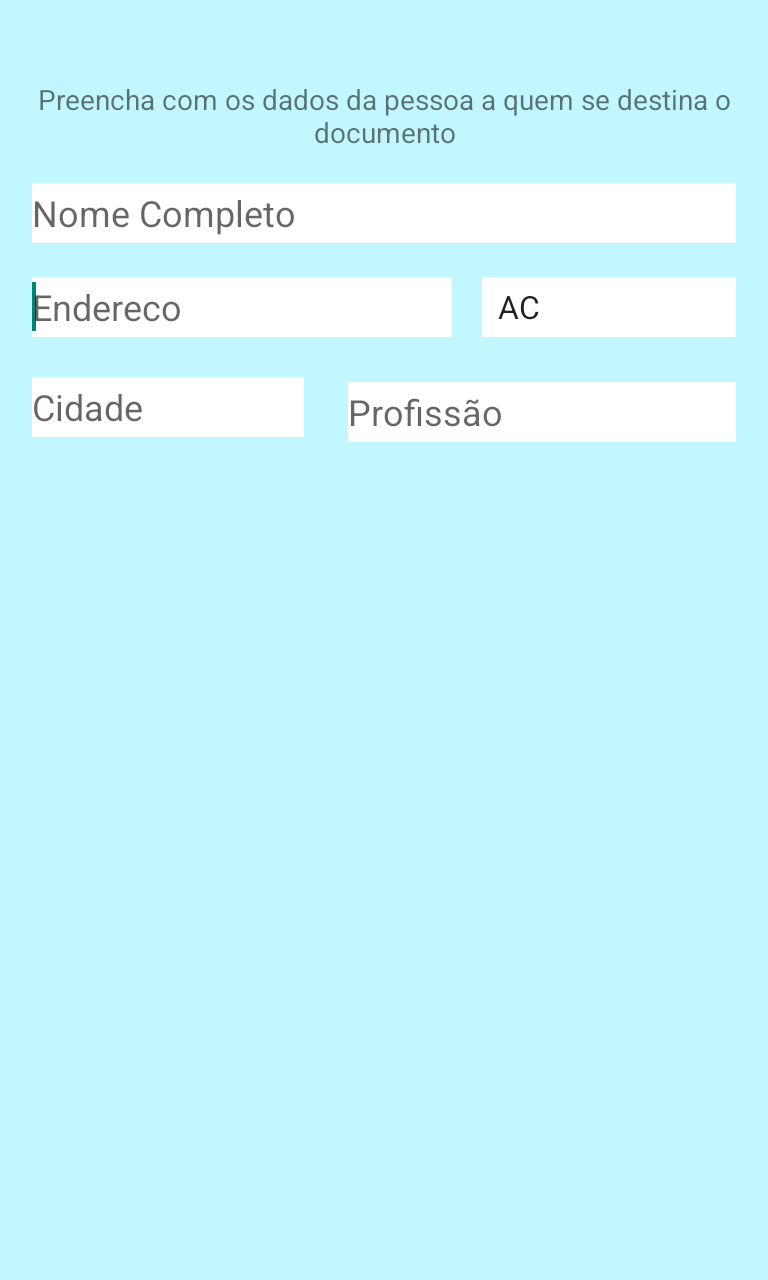
Repository: pdelfino/Projeto-livre
Layout: Protesto Livre/ProtestoLivre/res/layout/fragment_tela05.xml
These files come from the project's save history. The layout is drawn as it stood at one moment and after the next save; the edit follows.
It is drawn on a 768 x 1280 px phone screen (xhdpi) without system bars, with theme AppTheme; the app's code is not run.

Above is the layout before, as saved 2014-05-29 00:46:58.

### Protesto Livre/ProtestoLivre/res/layout/fragment_tela05.xml
<RelativeLayout xmlns:android="http://schemas.android.com/apk/res/android"
    xmlns:tools="http://schemas.android.com/tools"
    android:layout_width="match_parent"
    android:layout_height="match_parent"
    android:background="#C2F7FF"
    android:paddingBottom="@dimen/activity_vertical_margin"
    android:paddingLeft="@dimen/activity_horizontal_margin"
    android:paddingRight="@dimen/activity_horizontal_margin"
    android:paddingTop="@dimen/activity_vertical_margin"
    tools:context="br.sp.protestolivre.Tela05$PlaceholderFragment" >

    <TextView
        android:id="@+id/textView1"
        android:layout_width="wrap_content"
        android:layout_height="wrap_content"
        android:layout_alignParentTop="true"
        android:layout_centerHorizontal="true"
        android:layout_marginTop="24dp"
        android:gravity="center"
        android:text="Preencha com os dados da pessoa a quem se destina o documento" />

    <EditText
        android:id="@+id/Nome"
        android:layout_width="wrap_content"
        android:layout_height="30dp"
        android:layout_alignLeft="@+id/textView1"
        android:layout_alignRight="@+id/textView1"
        android:layout_below="@+id/textView1"
        android:layout_marginTop="16dp"
        android:background="#ffffff"
        android:ems="10"
        android:hint="Nome Completo"
        android:inputType="textPersonName" />

    <EditText
        android:id="@+id/Endereco"
        android:layout_width="wrap_content"
        android:layout_height="30dp"
        android:layout_alignLeft="@+id/Nome"
        android:layout_below="@+id/Nome"
        android:layout_marginTop="17dp"
        android:background="#ffffff"
        android:ems="10"
        android:hint="Endereco" >

        <requestFocus />
    </EditText>

    <Spinner
        android:id="@+id/spinner1"
        android:layout_width="match_parent"
        android:layout_height="30dp"
        android:layout_alignRight="@+id/Nome"
        android:layout_alignTop="@+id/Endereco"
        android:layout_marginLeft="15dp"
        android:layout_toRightOf="@+id/Endereco"
        android:background="#ffffff"
        android:entries="@array/estados"
        android:spinnerMode="dropdown" />

    <EditText
        android:id="@+id/EditText01"
        android:layout_width="wrap_content"
        android:layout_height="30dp"
        android:layout_alignRight="@+id/Endereco"
        android:layout_below="@+id/Endereco"
        android:layout_marginRight="74dp"
        android:layout_marginTop="20dp"
        android:background="#ffffff"
        android:ems="10"
        android:hint="Cidade" />

    <EditText
        android:id="@+id/EditText02"
        android:layout_width="wrap_content"
        android:layout_height="30dp"
        android:layout_alignBaseline="@+id/EditText01"
        android:layout_alignBottom="@+id/EditText01"
        android:layout_alignLeft="@+id/EditText01"
        android:layout_alignParentRight="true"
        android:layout_marginLeft="158dp"
        android:background="#ffffff"
        android:ems="10"
        android:hint="Profissão" />

</RelativeLayout>

### Protesto Livre/ProtestoLivre/res/values/strings.xml
<?xml version="1.0" encoding="utf-8"?>
<resources>

    <string name="app_name">Protesto Livre</string>
    <string name="hello_world">Hello world!</string>
    <string name="action_settings">Settings</string>
    <string name="title_activity_tela04">Tela04</string>
    <string name="title_activity_tela05">Tela05</string>
	<string-array name="estados">
        <item>AC</item>
		<item>AL</item>
		<item>AP</item>
		<item>AM</item>
		<item>BA</item>
		<item>CE</item>
		<item>DF</item>
		<item>ES</item>
		<item>GO</item>
		<item>MA</item>
		<item>MT</item>
		<item>MS</item>
		<item>MG</item>
		<item>PA</item>
		<item>PB</item>
		<item>PR</item>
		<item>PE</item>
		<item>PI</item>
		<item>RJ</item>
		<item>RN</item>
		<item>RS</item>
		<item>RO</item>
		<item>RR</item>
		<item>SC</item>
		<item>SP</item>
		<item>SE</item>
		<item>TO</item>
    </string-array>
</resources>

Loaded but not shown: Protesto Livre/ProtestoLivre/res/values/styles.xml (common file); Protesto Livre/ProtestoLivre/res/values-v11/styles.xml (common file); Protesto Livre/ProtestoLivre/res/values-v14/styles.xml (common file); Protesto Livre/ProtestoLivre/res/values/dimens.xml (common file); Protesto Livre/ProtestoLivre/res/values-w820dp/dimens.xml (common file)

After the next save:
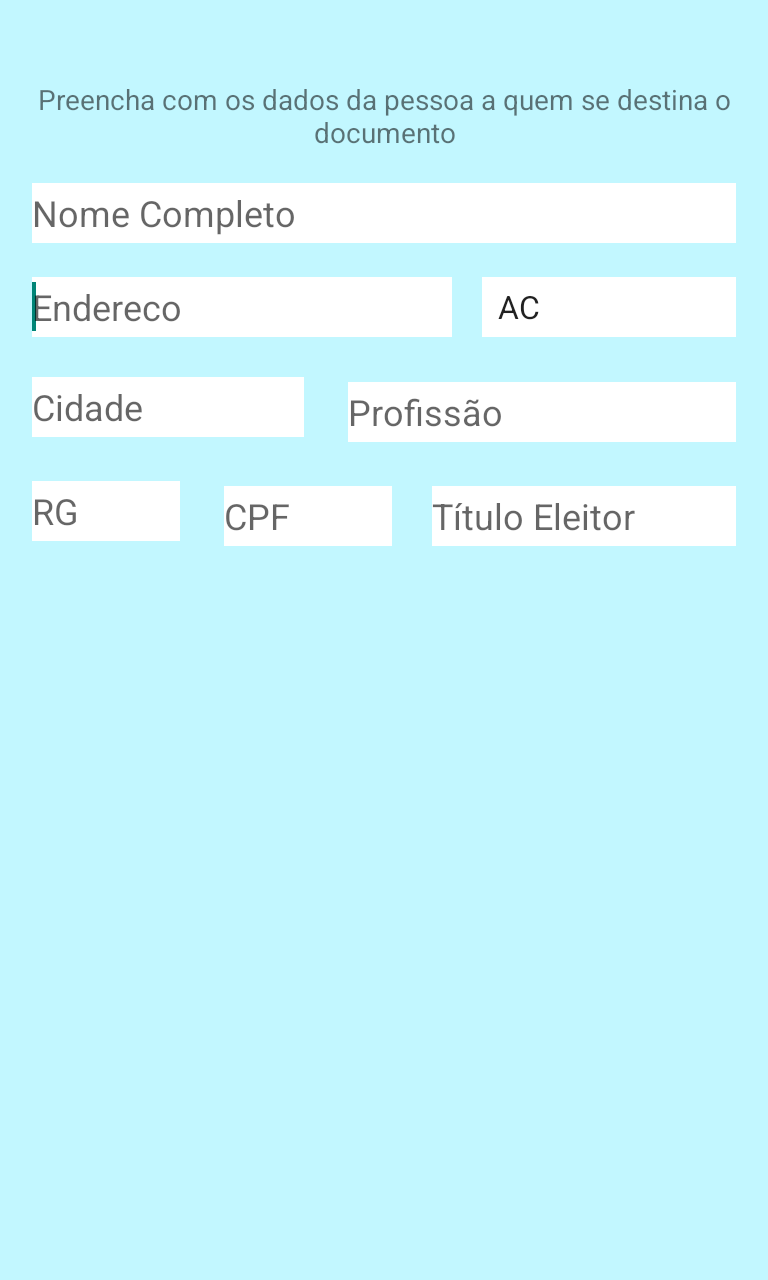
Saved 7 min 20 s later.
--- a/Protesto Livre/ProtestoLivre/res/layout/fragment_tela05.xml
+++ b/Protesto Livre/ProtestoLivre/res/layout/fragment_tela05.xml
@@ -83,4 +83,44 @@
         android:ems="10"
         android:hint="Profissão" />
 
+    <EditText
+        android:id="@+id/EditText03"
+        android:layout_width="wrap_content"
+        android:layout_height="30dp"
+        android:layout_alignLeft="@+id/EditText01"
+        android:layout_alignRight="@+id/EditText01"
+        android:layout_below="@+id/EditText01"
+        android:layout_marginRight="62dp"
+        android:layout_marginTop="22dp"
+        android:background="#ffffff"
+        android:ems="10"
+        android:hint="RG" />
+
+    <EditText
+        android:id="@+id/EditText04"
+        android:layout_width="wrap_content"
+        android:layout_height="30dp"
+        android:layout_alignBaseline="@+id/EditText03"
+        android:layout_alignBottom="@+id/EditText03"
+        android:layout_alignLeft="@+id/EditText03"
+        android:layout_alignRight="@+id/Endereco"
+        android:layout_marginLeft="96dp"
+        android:layout_marginRight="30dp"
+        android:background="#ffffff"
+        android:ems="10"
+        android:hint="CPF" />
+
+    <EditText
+        android:id="@+id/EditText05"
+        android:layout_width="wrap_content"
+        android:layout_height="30dp"
+        android:layout_alignBaseline="@+id/EditText03"
+        android:layout_alignBottom="@+id/EditText03"
+        android:layout_alignLeft="@+id/EditText02"
+        android:layout_alignRight="@+id/EditText02"
+        android:layout_marginLeft="42dp"
+        android:background="#ffffff"
+        android:ems="10"
+        android:hint="Título Eleitor" />
+
 </RelativeLayout>
